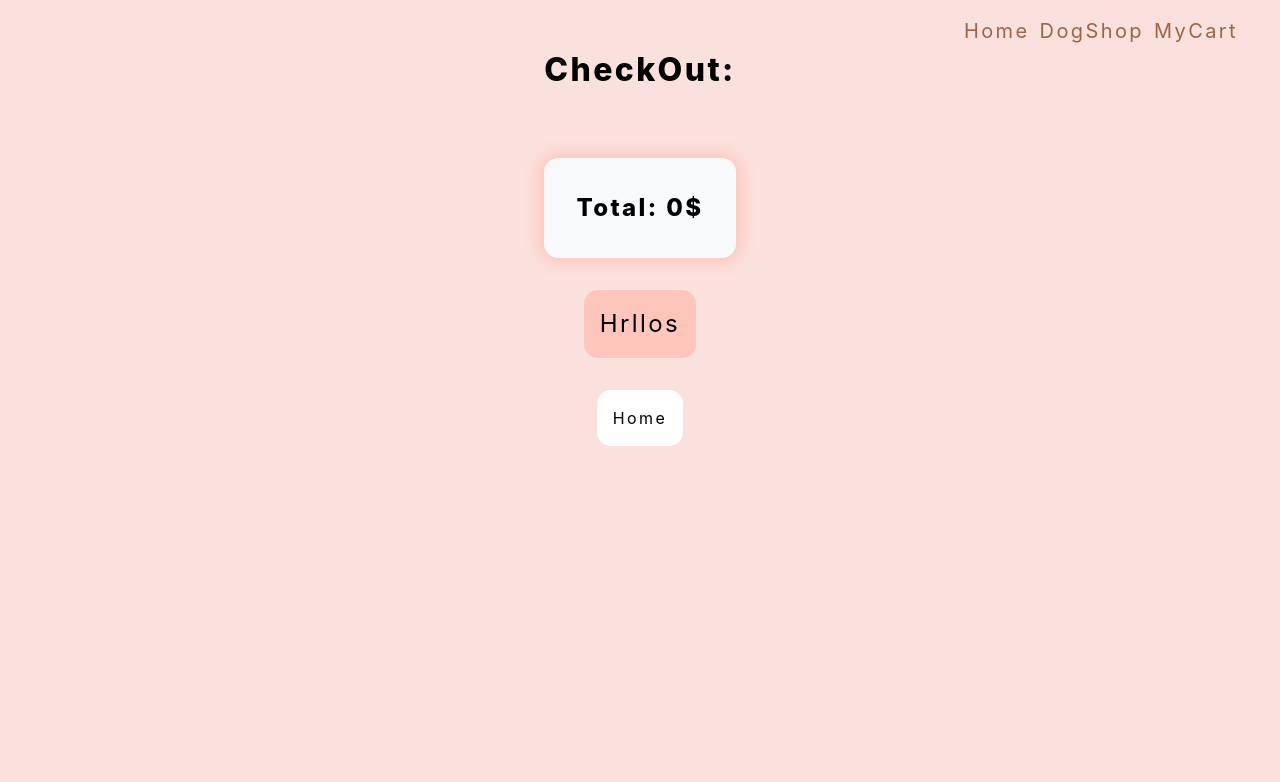
Repository: hoangbayern/dog_shop
Page: /cart (app in frontend/)
These files come from the project's save history. The page is drawn as it stood at one moment and after the next save; the edit follows.
The browser window is 1280 px wide. The pictures show the whole page.
The page's requests for data from a server got no answer. The project was rebuilt for these pictures with package versions that can differ from the ones it lists, and the page was loaded fresh each time. No one was signed in, and anything a server would have sent is missing. Also part of the build but not shown: frontend/src/components/Home/Home.jsx, frontend/src/components/Dogs/dogs.css, frontend/src/components/Dogs/DogsCart.jsx, frontend/src/components/Dogs/DogPage.jsx.

Above is the page before, as saved 2023-08-04 00:33:26.

After the next save:
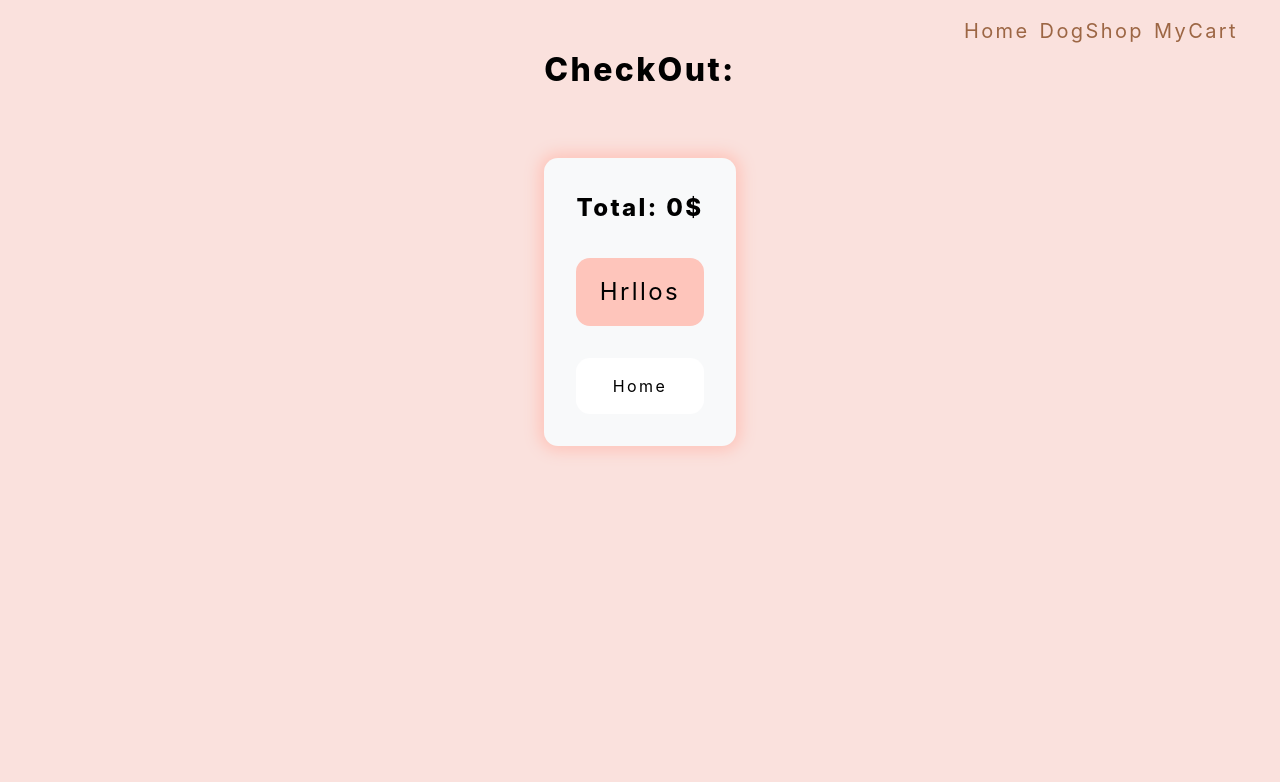
Saved 24 s later.
--- a/frontend/src/components/Cart/MyCart.jsx
+++ b/frontend/src/components/Cart/MyCart.jsx
@@ -19,9 +19,9 @@ export const MyCart = () => {
             );
           })}
           <div className="cart-total"> Total: {total}$ </div>
+          <div className="cart-checkout">Hrllos</div>
+        <div className="cart-gohome">Home</div>
         </div>
-        <div className="cart-checkout">Hrllos</div>
-        <div className="cart-gohome">Home</div>
       </section>
     </>
   );
